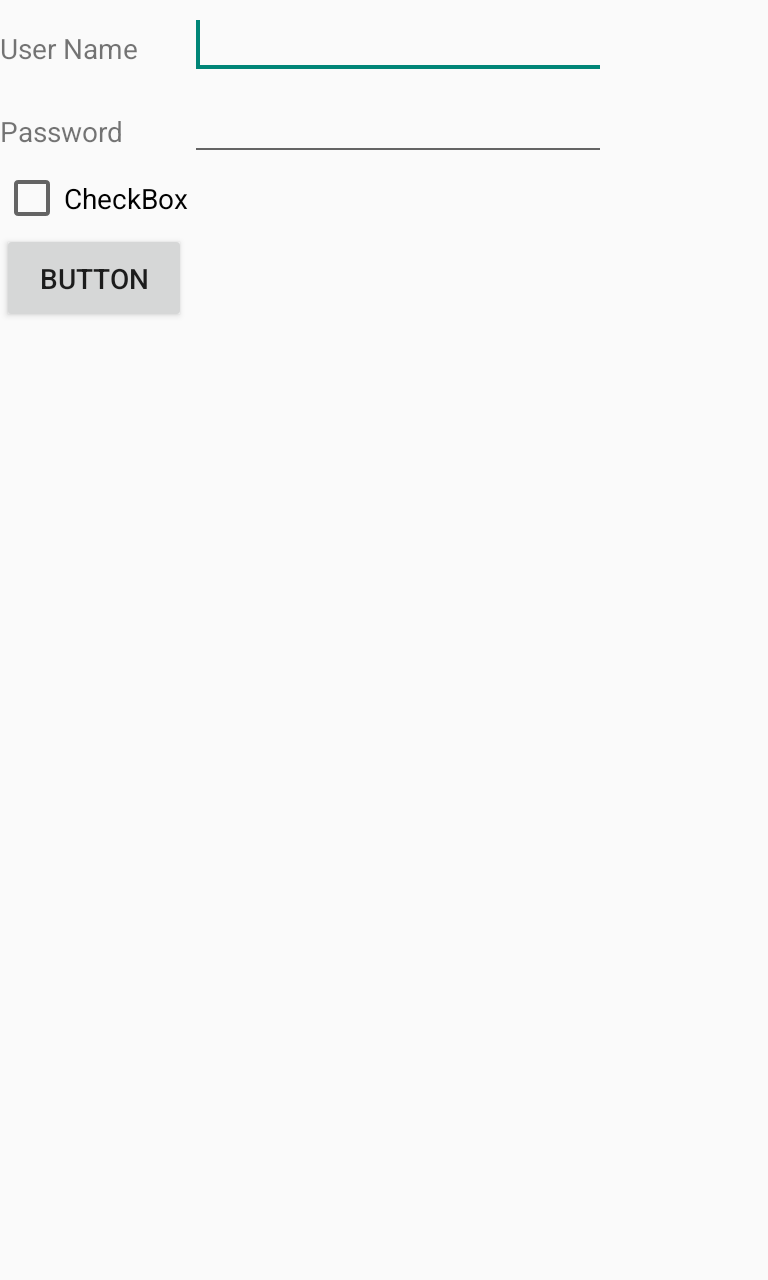
Repository: zieckey/androidworkspace
Layout: LoginTableLayout/res/layout/activity_main.xml
An editor plug-in stored every save of this project. The layout is shown before and after the next save, followed by the edit.
It is drawn on a 768 x 1280 px phone screen (xhdpi) without system bars, with theme AppTheme; the app's code is not run.

Above is the layout before, as saved 2014-09-07 08:55:31.

After the next save:
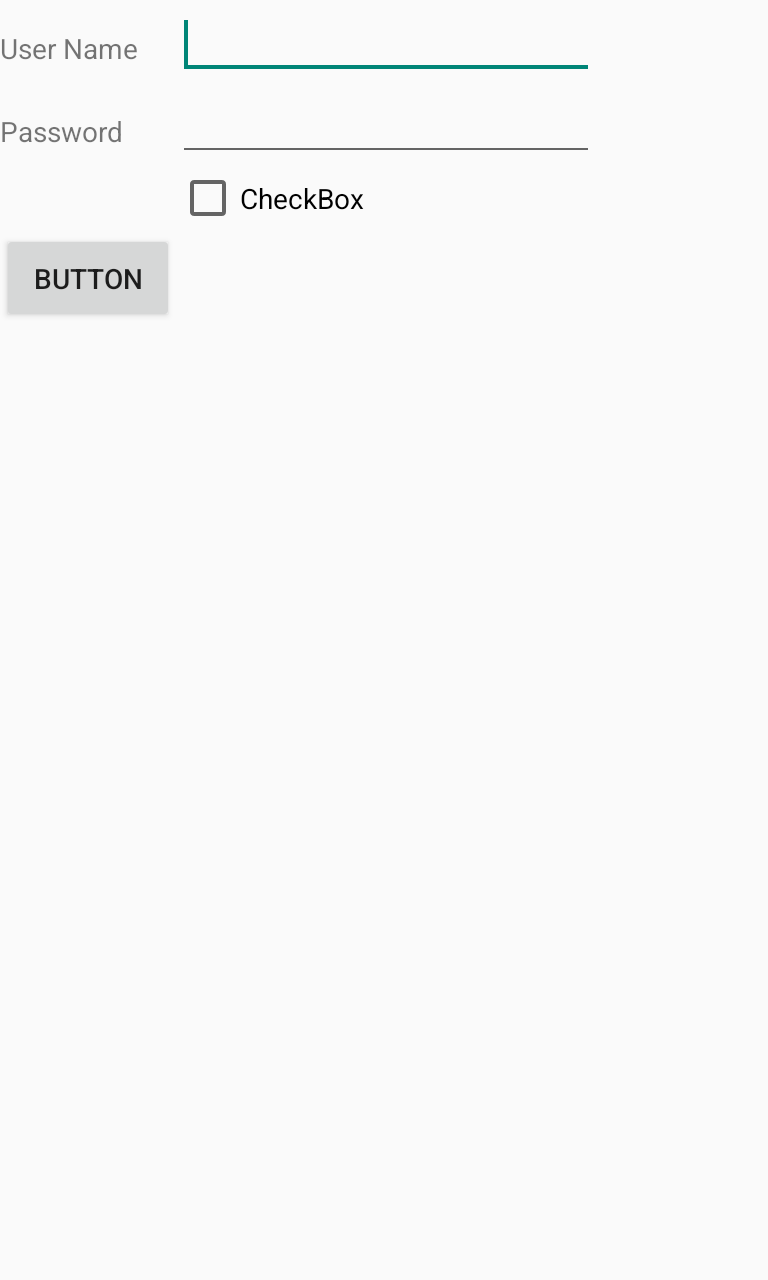
Saved 26 s later.
--- a/LoginTableLayout/res/layout/activity_main.xml
+++ b/LoginTableLayout/res/layout/activity_main.xml
@@ -56,7 +56,7 @@
             android:id="@+id/tableRow3"
             android:layout_width="wrap_content"
             android:layout_height="wrap_content" >
-
+			<TextView />
             <CheckBox
                 android:id="@+id/checkBox1"
                 android:layout_width="wrap_content"
